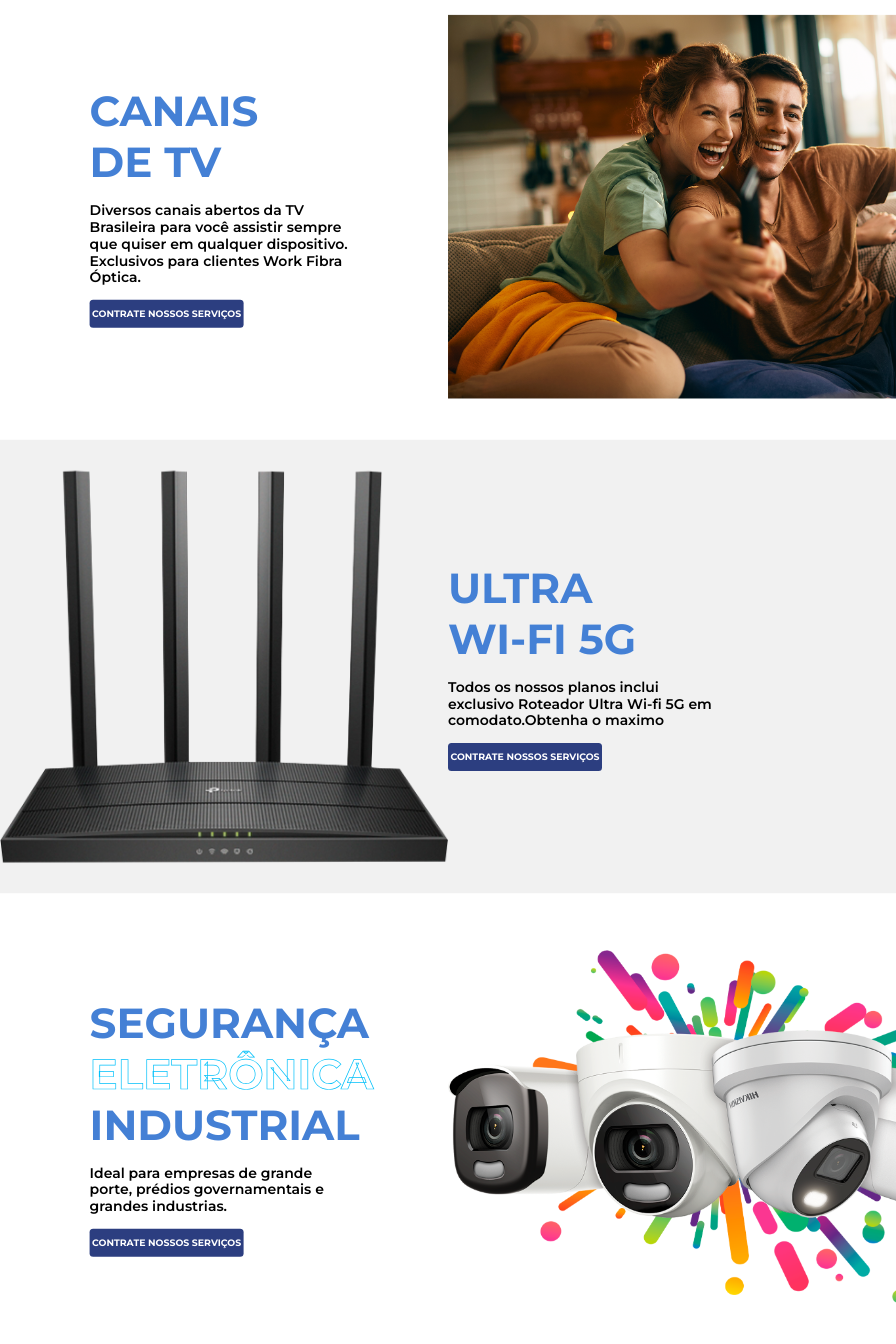
Repository: mateus-henrique-silva/WorkBandaLarga
Page: site_work/src/Pages/campos.html
An editor plug-in stored every save of this project. The page is shown before and after a run of saves, followed by the edit.
The browser window is 1280 px wide. The pictures show the part of the page from y = 1735 to 3655 px (the page is 5184 px tall), at 70% of full size.
Backgrounds fixed to the window are drawn as part of the page. Some web fonts or font styles are not loaded; a fallback is used.

Above is the page before, as saved 2022-09-21 08:22:50.

After the next 2 saves:
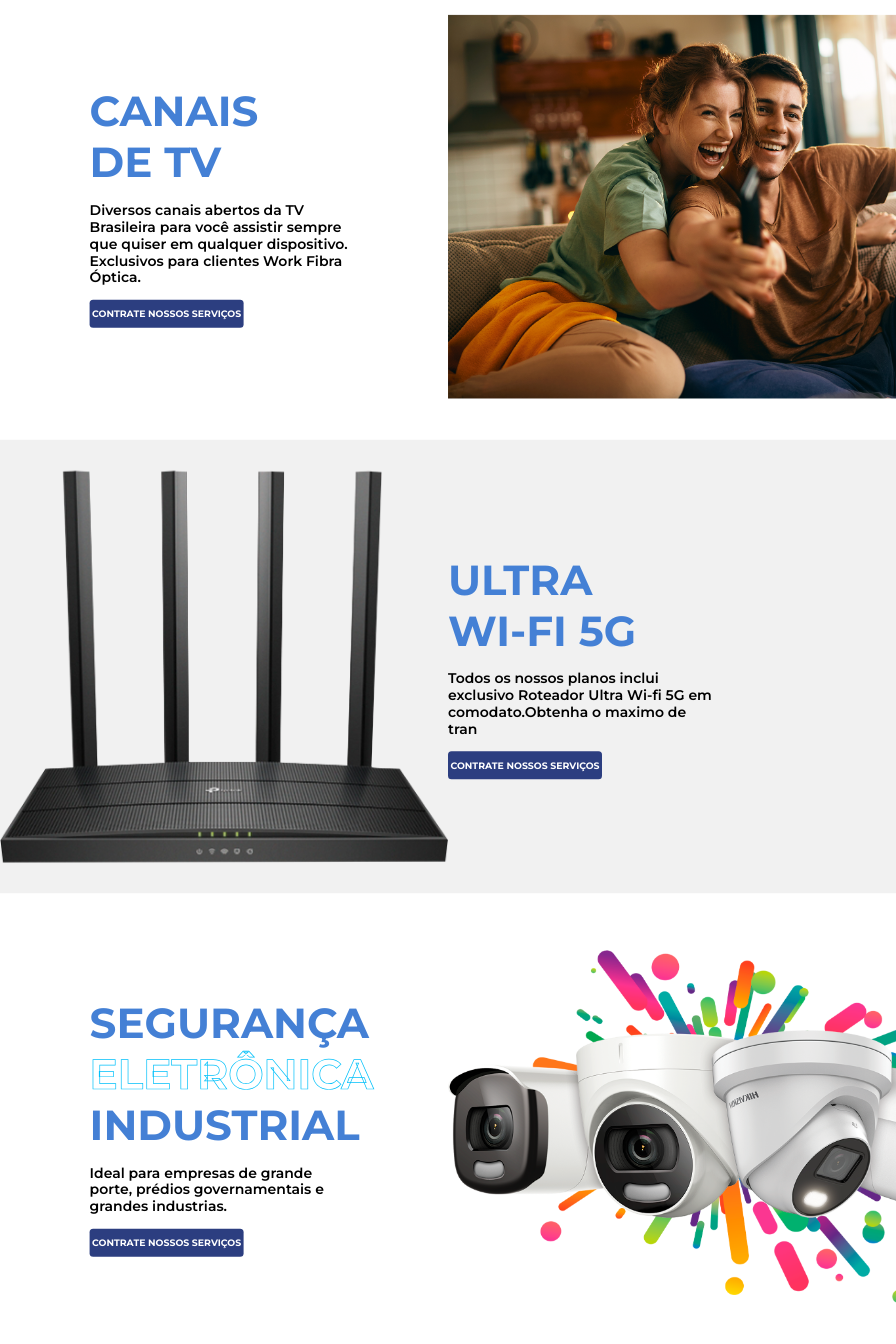
The 2 saves are shown as one change because they came seconds apart.
The last was saved 6 s later.
--- a/site_work/src/Pages/campos.html
+++ b/site_work/src/Pages/campos.html
@@ -436,7 +436,7 @@
         <div class="just-text">
           <h2>ULTRA <br> WI-FI 5G</h2>
           <p>
-          Todos os nossos planos inclui exclusivo Roteador Ultra Wi-fi 5G em comodato.Obtenha o maximo
+          Todos os nossos planos inclui exclusivo Roteador Ultra Wi-fi 5G em comodato.Obtenha o maximo de tran
           </p>
           <button onclick="onClickLink()" class="btn-king">
             Contrate nossos serviços
